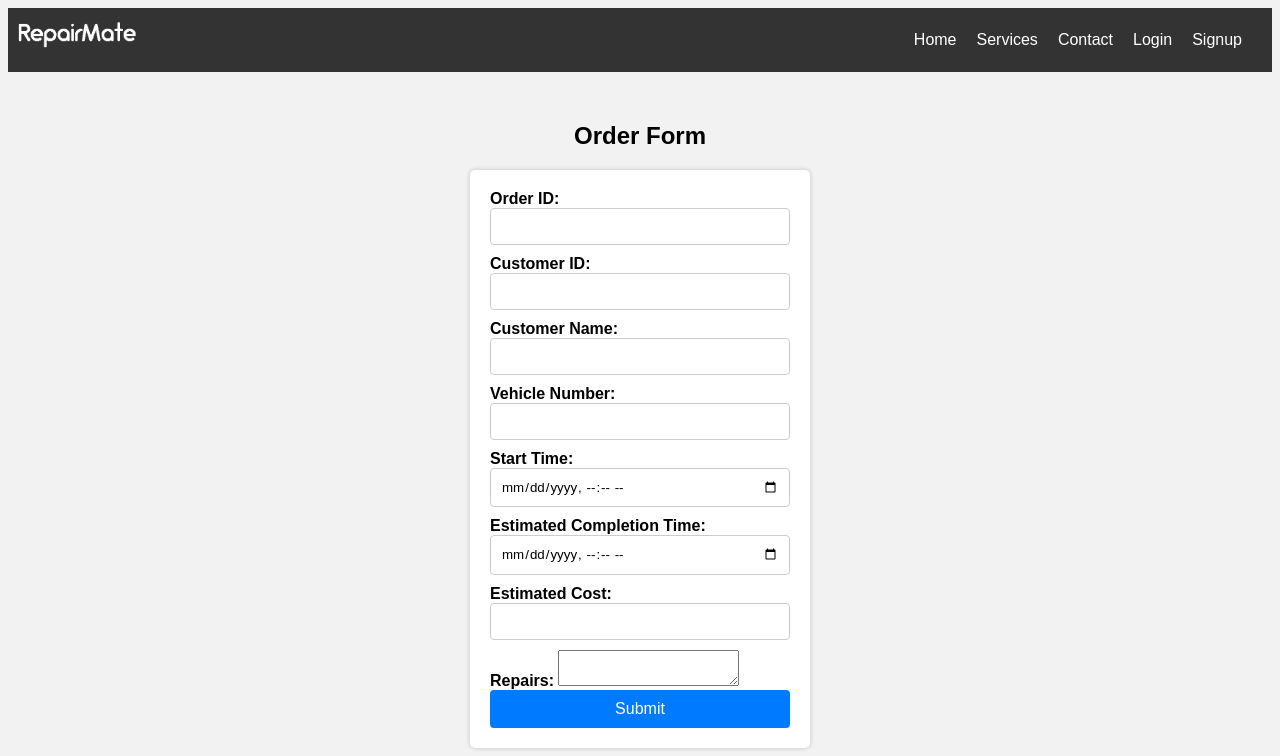
Repository: rohann12/RepairMate
Page: http://localhost/Garage/JSP/order.jsp
These files come from the project's save history. The page is drawn as it stood at one moment and after the next save; the edit follows.
The browser window is 1280 px wide. The pictures show the whole page.
The page is served by Tomcat 9. Other server files are loaded and not shown.

Above is the page before, as saved 2023-06-17 17:07:01.

### Garage/src/main/webapp/JSP/order.jsp
<!DOCTYPE html>
<html>
<head>
  <title>Order Form</title>
  <link rel="stylesheet" href="../CSS/order.css"/>
</head>
<body>
<jsp:include page="nav.jsp" />

  <h2>Order Form</h2>
  <form action="orderInsert.jsp" method="post">
    <label for="order_id">Order ID:</label>
    <input type="text" id="order_id" name="order_id" required>

    <label for="customer_id">Customer ID:</label>
    <input type="text" id="customer_id" name="customer_id" required>

    <label for="customer_name">Customer Name:</label>
    <input type="text" id="customer_name" name="customer_name" required>

    <label for="vehicle_no">Vehicle Number:</label>
    <input type="text" id="vehicle_no" name="vehicle_no" required>

    <label for="start_time">Start Time:</label></br>
    <input type="datetime-local" id="start_time" name="start_time" required></br>

    <label for="estimated_completed">Estimated Completion Time:</label></br>
    <input type="datetime-local" id="estimated_completed" name="estimated_completed" required></br>

    <label for="estimated_cost">Estimated Cost:</label>
    <input type="number" id="estimated_cost" name="estimated_cost" required>

    <label for="repairs">Repairs:</label>
    <textarea id="repairs" name="repairs" required></textarea>

    <button type="submit">Submit</button>
  </form>
</body>
</html>

### Garage/src/main/webapp/JSP/nav.jsp
<%@page contentType="text/html" pageEncoding="UTF-8"%>
<%@page import="javax.servlet.http.HttpSession"%>

<style>
nav {
  background-color: #333;
  padding: 10px;
  display: flex;
  justify-content: space-between;
  align-items: center;
}

.navbar-logo img {
  height: 40px;
}

.navbar-links ul {
  list-style-type: none;
  margin: 0;
  padding: 0;
  display: flex;
}

.navbar-links li {
  margin-right: 20px;
}

.navbar-links li a {
  color: #fff;
  text-decoration: none;
  font-size: 16px;
}

.navbar-links li a:hover {
  color: #ff6600;

}
.navbarlogo{
margin-top:8px;
}
</style>
<nav>
  <div class="navbar-logo">

      <img src="../Contents/logo.png" alt="Logo">
    </a>
  </div>
  <div class="navbar-links">
    <ul>
      <li><a href="index.jsp">Home</a></li>
      <li><a href="order.jsp">Services</a></li>
      <li><a href="contact.jsp">Contact</a></li>
       <%-- Checking session to determine login/logout links --%>
      <%
        HttpSession s = request.getSession(false);
        if (s != null && s.getAttribute("username") != null) {
          // User is logged in, show logout link
          %>
          <li class="logout"><a href="logout.jsp">Logout</a></li>
          <%
        } else {
          // User is not logged in, show login link
          %>
          <li class="login"><a href="login.jsp">Login</a></li>
          <li class="Signup"><a href="reg.jsp">Signup</a></li>
          <%
        }
      %>
    </ul>
  </div>
</nav>

### Garage/src/main/webapp/CSS/order.css
body {
  font-family: Arial, sans-serif;
  background-color: #f2f2f2;
}

h2 {
  text-align: center;
  margin-top: 50px;
}

form {
  width: 300px;
  margin: 0 auto;
  padding: 20px;
  background-color: #fff;
  border-radius: 5px;
  box-shadow: 0 0 5px rgba(0, 0, 0, 0.2);
}

label {

  font-weight: bold;
}

input[type="text"],
input[type="password"],
input[type="number"],
input[type="datetime-local"]{
  width: 100%;
  padding: 10px;
  margin-bottom: 10px;
  border: 1px solid #ccc;
  border-radius: 4px;
  box-sizing: border-box;
  font-family: FontAwesome, Arial, sans-serif;
}

.error-message {
  color: red;
}

.backend-error-message {
  color: red;
  text-align: center;
}

button[type="submit"],
button[type="button"] {
  width: 100%;
  padding: 10px;
  background-color: #007bff;
  color: #fff;
  border: none;
  border-radius: 4px;
  cursor: pointer;
  font-size: 16px;
}

button[type="submit"]:hover,
button[type="button"]:hover {
  background-color: #0056b3;
}

hr {
  margin-top: 20px;
  margin-bottom: 10px;
  border: 0;
  border-top: 1px solid #ccc;
}

span {
  display: block;
  text-align: center;
}

span b {
  font-weight: bold;
}

a {
  text-decoration: none;
}

After the next save:
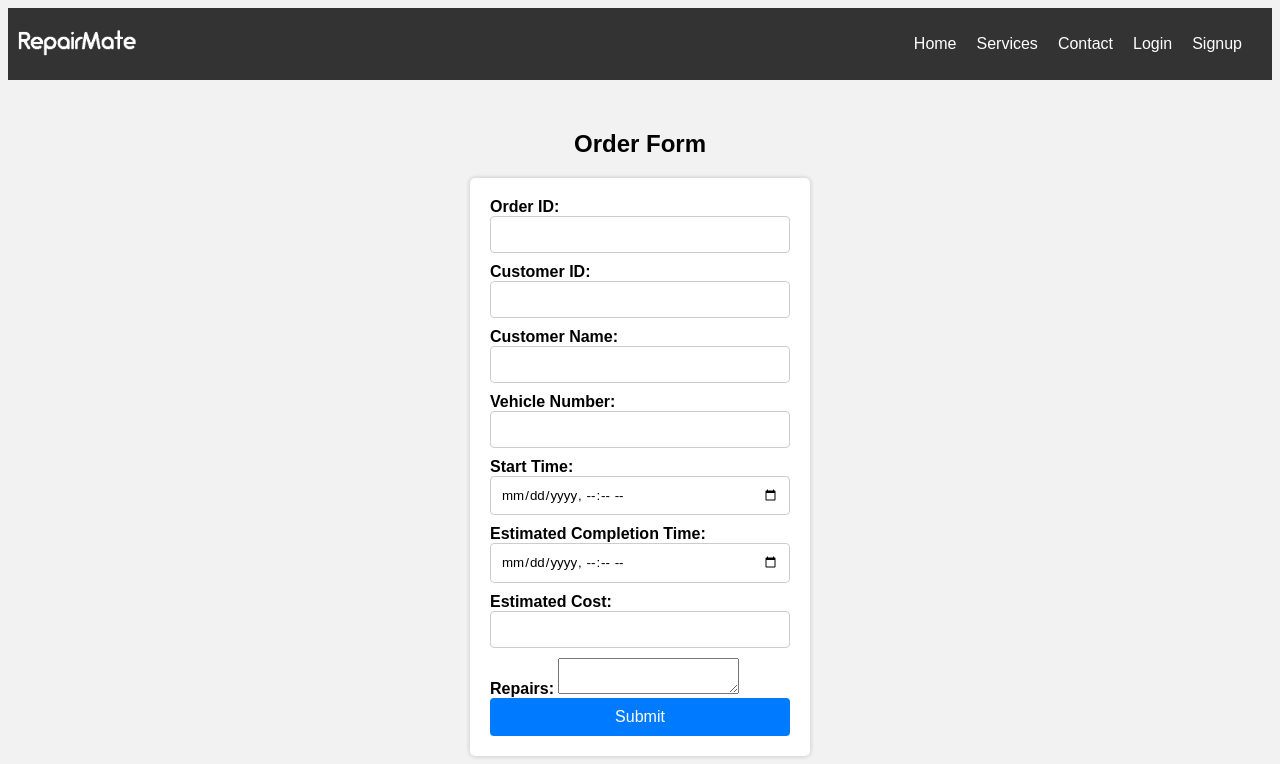
Saved 17 s later.
--- a/Garage/src/main/webapp/JSP/nav.jsp
+++ b/Garage/src/main/webapp/JSP/nav.jsp
@@ -35,7 +35,7 @@ nav {
   color: #ff6600;
 
 }
-.navbarlogo{
+.navbar-logo{
 margin-top:8px;
 }
 </style>
